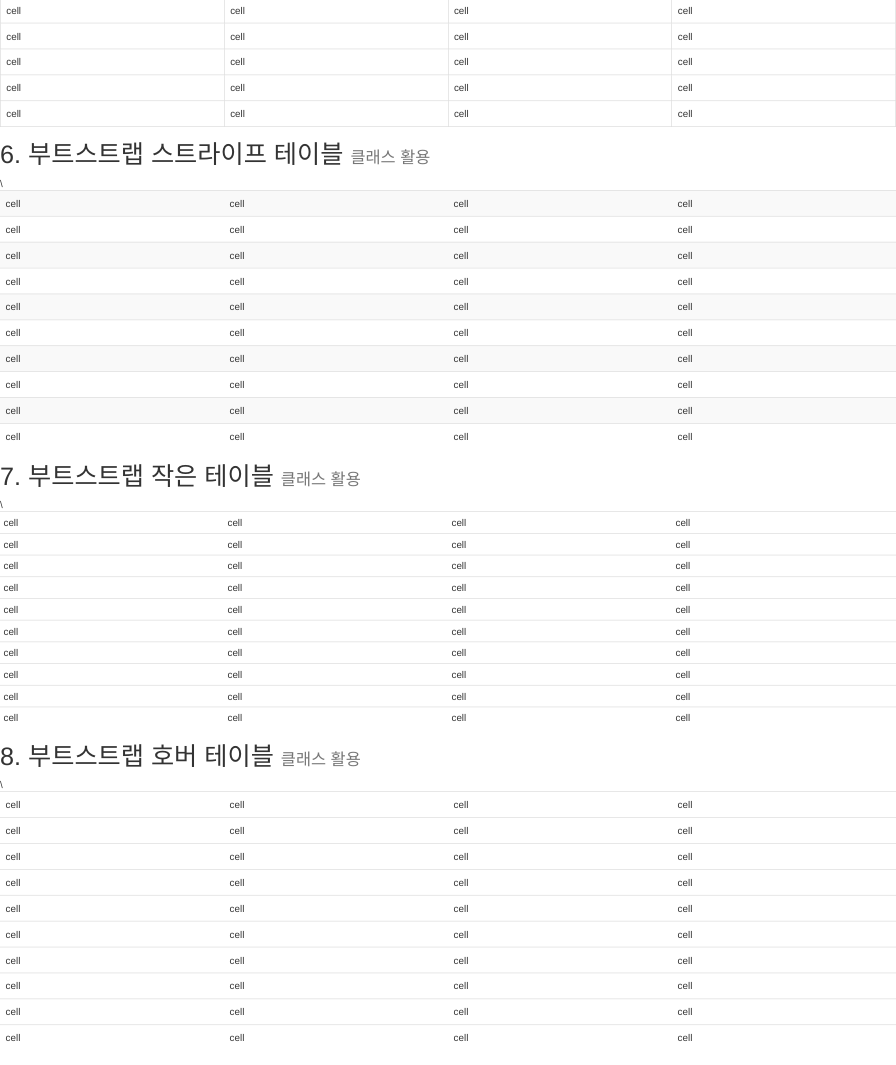
Repository: park-nahyun/BootstrapStudy
Page: BootstrapWork/WebContent/BootEx02.html
These files come from the project's save history. The page is drawn as it stood at one moment and after the next save; the edit follows.
The browser window is 1280 px wide. The pictures show the part of the page from y = 1788 to 3708 px (the page is 3309 px tall before and 3708 px after), at 70% of full size.

Above is the page before, as saved 2021-07-01 03:41:16.

After the next save:
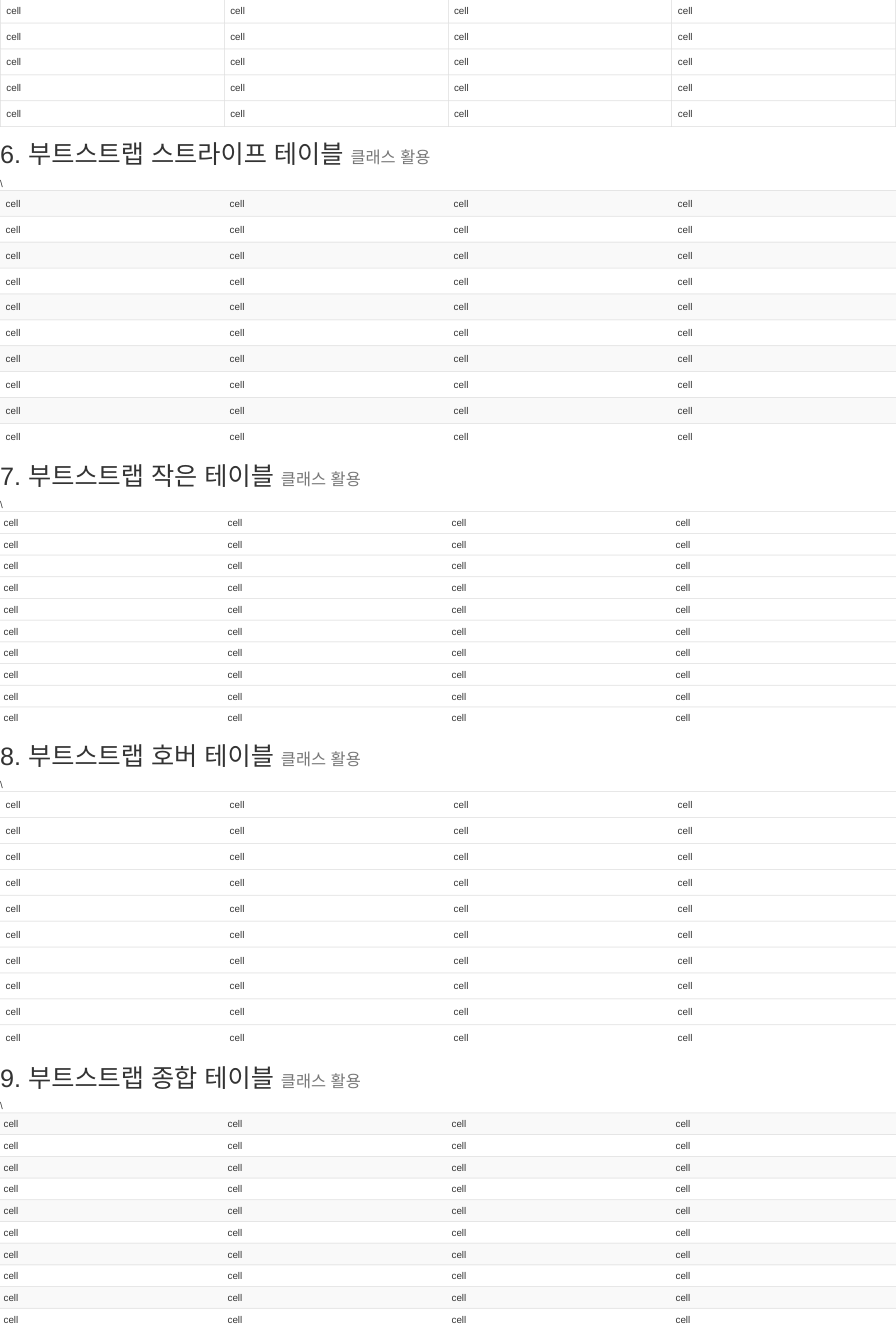
Saved 79 s later.
--- a/BootstrapWork/WebContent/BootEx02.html
+++ b/BootstrapWork/WebContent/BootEx02.html
@@ -550,5 +550,70 @@
 		<td>cell</td>
 	</tr>
 </table>
+
+<h1>9. 부트스트랩 종합 테이블 <small>클래스 활용</small></h1>\
+<!-- table>(tr>td{cell}*4)*10 -->
+<table class="table table-striped table-condensed table-hover">
+	<tr>
+		<td>cell</td>
+		<td>cell</td>
+		<td>cell</td>
+		<td>cell</td>
+	</tr>
+	<tr>
+		<td>cell</td>
+		<td>cell</td>
+		<td>cell</td>
+		<td>cell</td>
+	</tr>
+	<tr>
+		<td>cell</td>
+		<td>cell</td>
+		<td>cell</td>
+		<td>cell</td>
+	</tr>
+	<tr>
+		<td>cell</td>
+		<td>cell</td>
+		<td>cell</td>
+		<td>cell</td>
+	</tr>
+	<tr>
+		<td>cell</td>
+		<td>cell</td>
+		<td>cell</td>
+		<td>cell</td>
+	</tr>
+	<tr>
+		<td>cell</td>
+		<td>cell</td>
+		<td>cell</td>
+		<td>cell</td>
+	</tr>
+	<tr>
+		<td>cell</td>
+		<td>cell</td>
+		<td>cell</td>
+		<td>cell</td>
+	</tr>
+	<tr>
+		<td>cell</td>
+		<td>cell</td>
+		<td>cell</td>
+		<td>cell</td>
+	</tr>
+	<tr>
+		<td>cell</td>
+		<td>cell</td>
+		<td>cell</td>
+		<td>cell</td>
+	</tr>
+	<tr>
+		<td>cell</td>
+		<td>cell</td>
+		<td>cell</td>
+		<td>cell</td>
+	</tr>
+</table>
 </body>
 </html>
